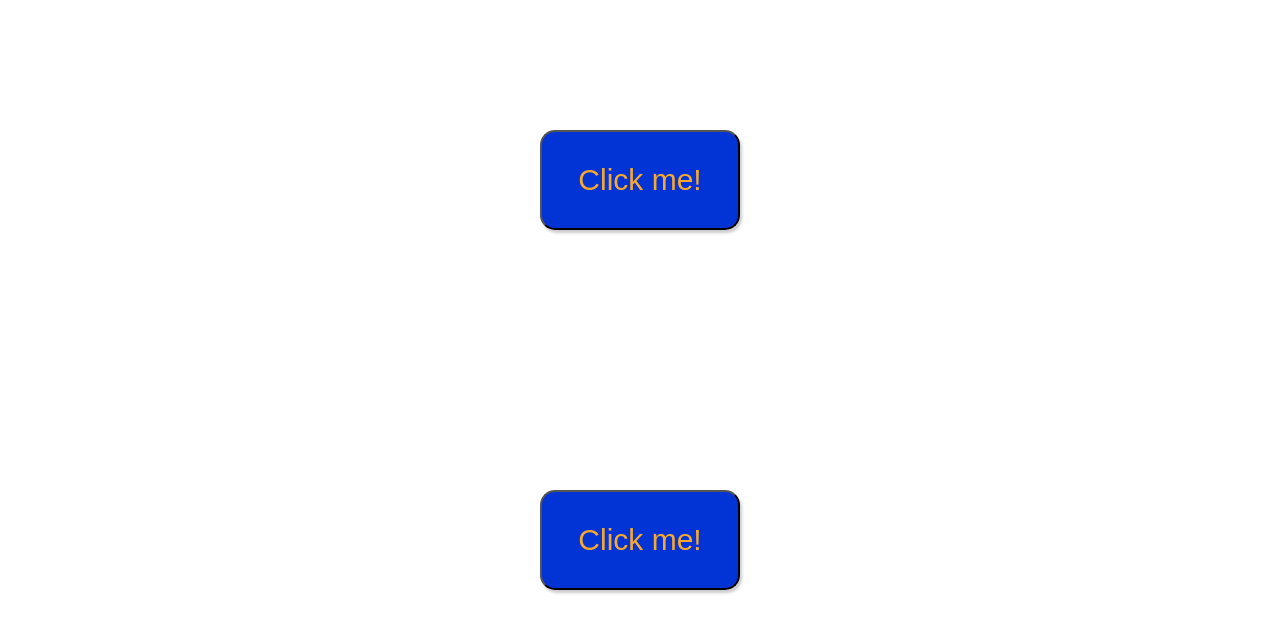
Repository: KrzysKolo/sr_tydzien4_zad5
Page: /
An editor plug-in stored every save of this project. The page is shown before and after the next save, followed by the edit.
The browser window is 1280 px wide. The pictures show the whole page.
The project was rebuilt for these pictures with package versions that can differ from the ones it lists, and the page was loaded fresh each time.

Above is the page before, as saved 2020-12-17 15:52:43.

After the next save:
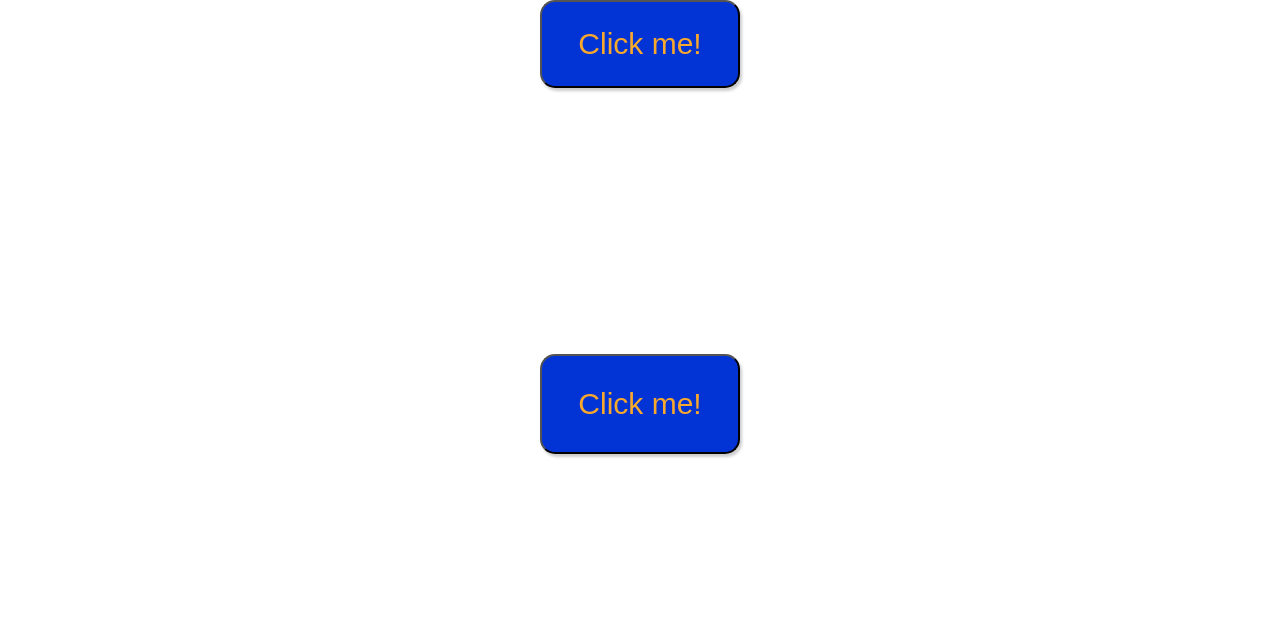
Saved 10 s later.
--- a/src/MyButtonChange.js
+++ b/src/MyButtonChange.js
@@ -3,9 +3,9 @@ import React from 'react'
 const MyButtonChange = React.forwardRef(({title}, ref) => {
 
     return (
-        <div className="App">
+
            <button className="btn" type="button" ref={ref}>{title}</button>
-        </div>
+
     )
 })
 export default MyButtonChange;
